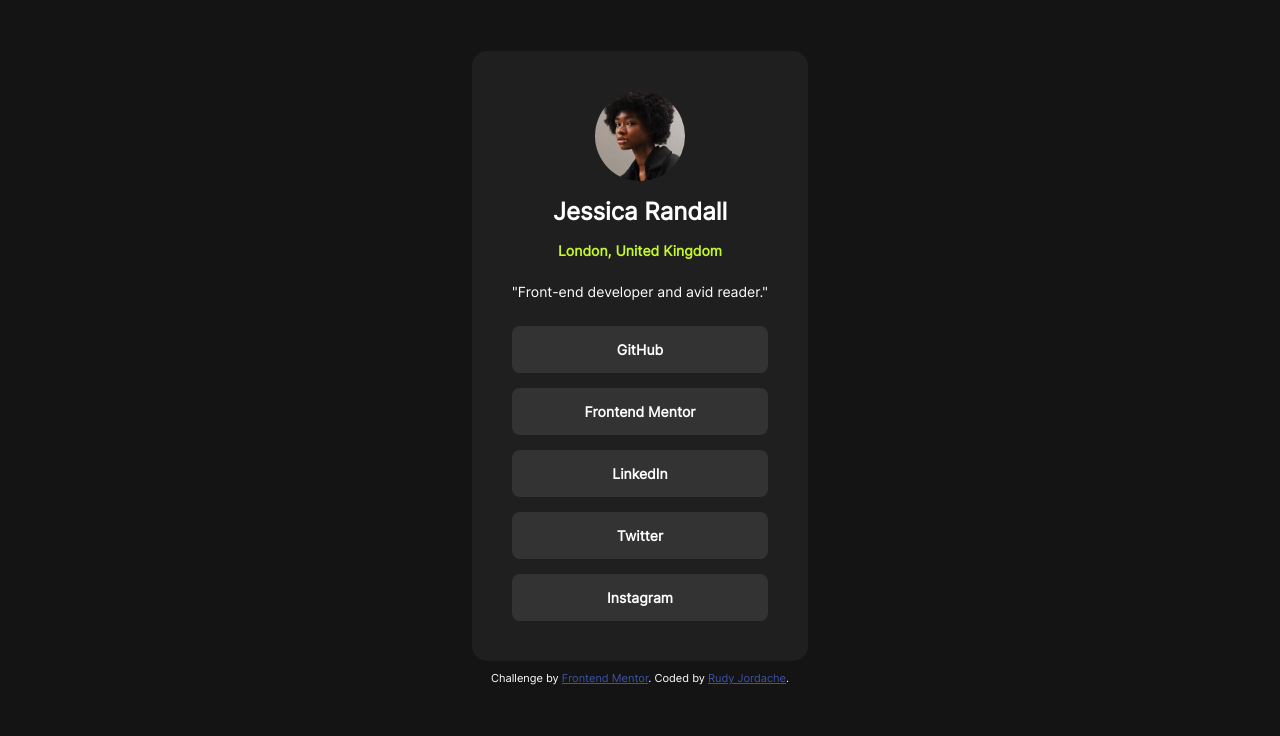
Repository: RudyJ/social-links-profile
Page: index.html
The author's editor kept a copy of each file at every save. The page is drawn from the files as they stood at one save, then again after the next save.
The browser window is 1280 px wide. The pictures show the whole page.

Above is the page before, as saved 2024-04-02 20:18:59.

### index.html
<!DOCTYPE html>
<html lang="en">

  <head>
    <meta charset="UTF-8">
    <meta name="viewport" content="width=device-width, initial-scale=1.0">
    <!-- displays site properly based on user's device -->
    <link rel="icon" type="image/png" sizes="32x32" href="./assets/images/favicon-32x32.png">
    <title>Frontend Mentor | Social links profile</title>
    <link rel="stylesheet" href="./assets/css/style.css" />
  </head>

  <body>

    <div class="card">
      <div class="imagem">
        <img src="./assets/images/avatar-jessica.jpeg" />
      </div>
      <h1>Jessica Randall</h1>
      <h2>London, United Kingdom</h2>
      <p>"Front-end developer and avid reader."</p>
      <ul>
        <li>
          <a href="#">GitHub</a>
        </li>
        <li>
          <a href="#">Frontend Mentor</a>
        </li>
        <li>
          <a href="#">LinkedIn</a>
        </li>
        <li>
          <a href="#">Twitter</a>
        </li>
        <li>
          <a href="#">Instagram</a>
        </li>
      </ul>
    </div>

    <div class="attribution">
      Challenge by <a href="https://www.frontendmentor.io?ref=challenge" target="_blank">Frontend Mentor</a>.
      Coded by <a href="#">Rudy Jordache</a>.
    </div>
  </body>

</html>

### assets/css/style.css
@font-face {
    font-family: 'Inter';
    src: url('../fonts/static/Inter-Regular.ttf');
    font-weight: 400;
}


body {
    background-color: hsl(0, 0%, 8%);
    color: hsl(0, 0%, 100%);
    display: flex;
    flex-direction: column;
    align-items: center;
    justify-content: center;
    height: 100vh;
    overflow: hidden;
    font-family: 'Inter';
    font-weight: 400;
    font-size: 14px;
}


body .card {
    background-color: hsl(0, 0%, 12%);
    padding:  40px 40px 25px 40px;
    box-sizing: border-box;
    border-radius: 15px;
    text-align: center;
}

body .card .imagem {
    width: 35%;
    border-radius: 50%;
    overflow: hidden;
    display: block;
    margin: auto;
}

body .card .imagem img {
    width: 100%;
    display: block;
}


body .card h1 {
    font-size: 24px;
    font-weight: 700;
}
body .card h2 {
    color: hsl(75, 94%, 57%);
    font-size: 14px;
    margin-bottom: 24px;
    font-weight: 600;
}
body .card p {
    font-size: 14px;
    margin-bottom: 26px;
}

body .card ul {
    list-style: none;
    padding-left: 0;
}

body .card ul li {
    margin-bottom: 15px;
}

body .card ul li a {
    background-color: hsl(0, 0%, 20%);
    color: hsl(0, 0%, 100%);
    text-decoration: none;
    display: block;
    padding: 15px;
    border-radius: 8px;
    font-weight: 700;
}
body .card ul li a:hover {
    background-color: hsl(75, 94%, 57%);
    color: hsl(0, 0%, 12%);
}

.attribution {
    font-size: 11px;
    text-align: center;
    margin-top: 10px;
}

.attribution a {
    color: hsl(228, 45%, 44%);
}

After the next save:
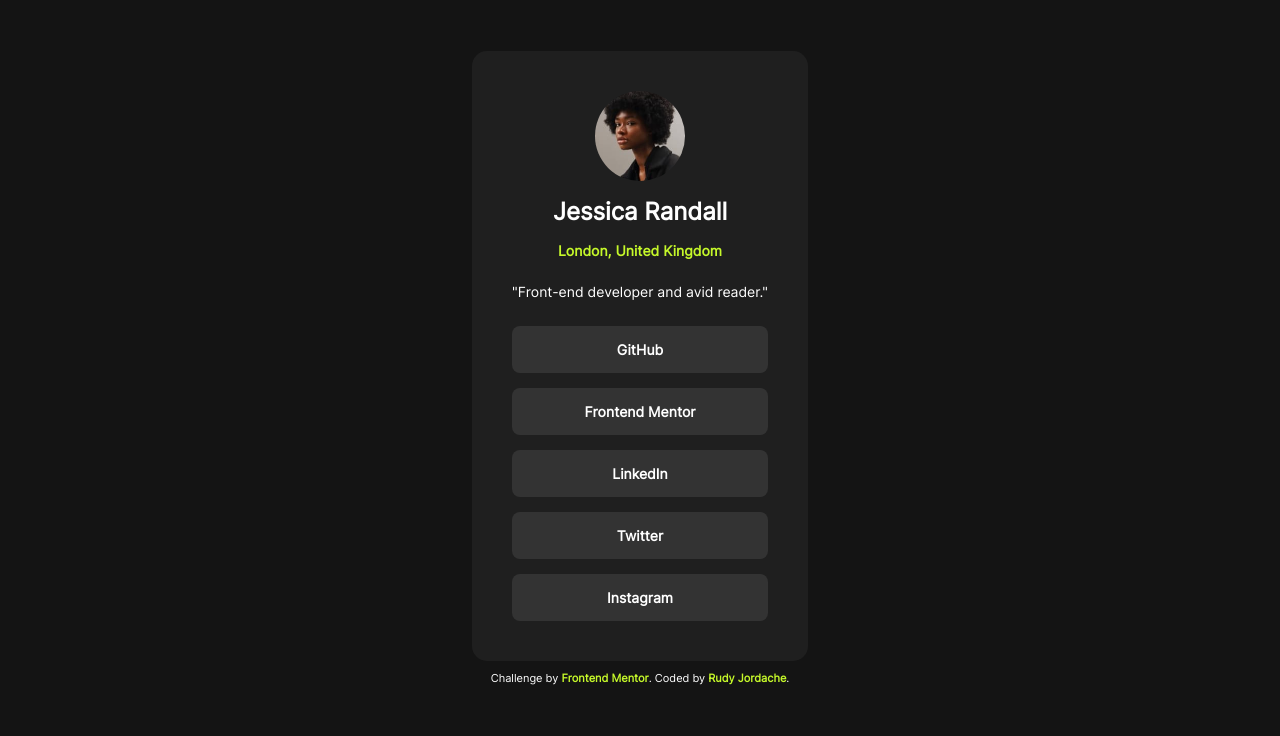
Saved 65 s later.
--- a/assets/css/style.css
+++ b/assets/css/style.css
@@ -87,5 +87,7 @@ body .card ul li a:hover {
 }
 
 .attribution a {
-    color: hsl(228, 45%, 44%);
+    color: hsl(75, 94%, 57%);
+    font-weight: 600;
+    text-decoration: none;
 }
